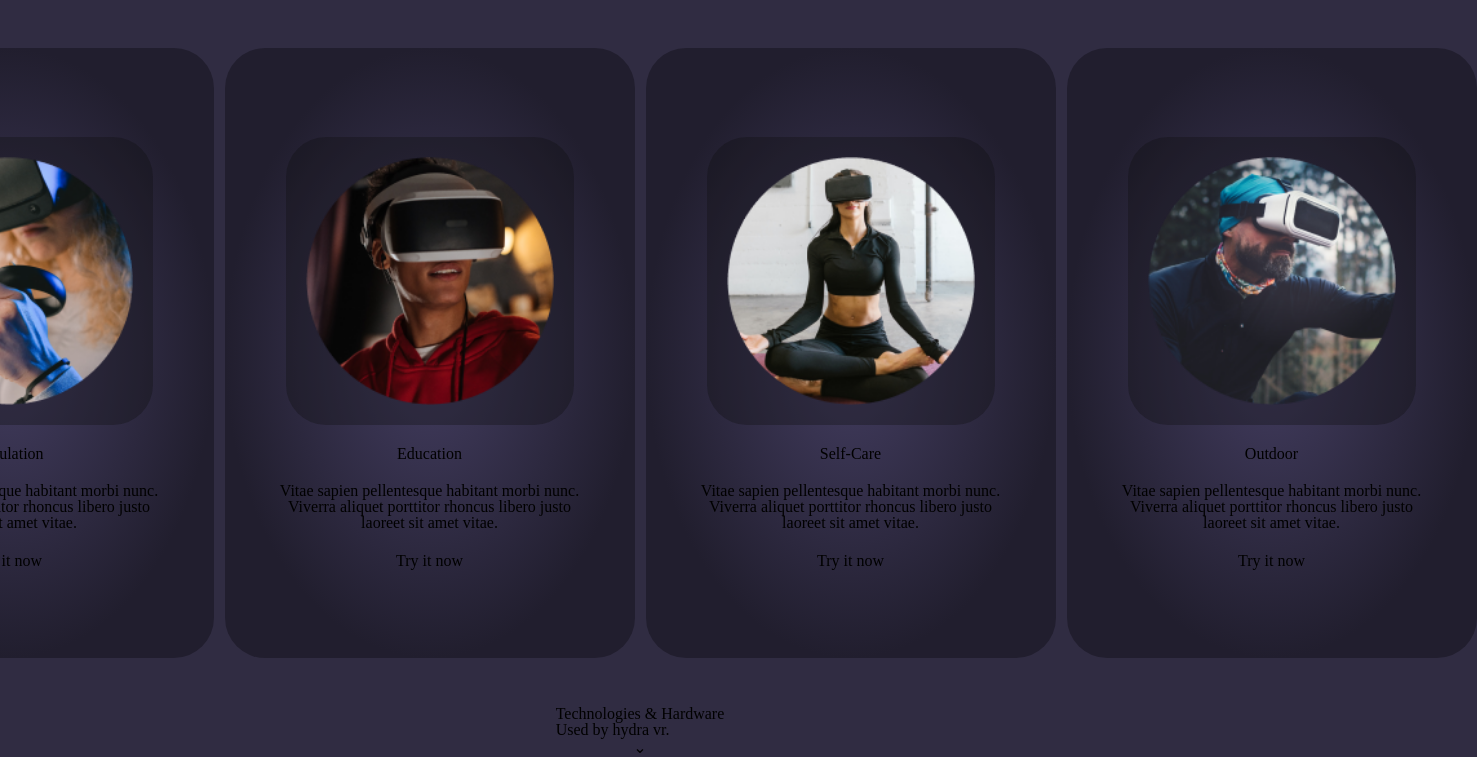
Repository: xMargi/Hydra-LandingPage
Page: index.html
The author's editor kept a copy of each file at every save. The page is drawn from the files as they stood at one save, then again after a run of saves.
The browser window is 1280 px wide. The page is 1477 px wide, so the pictures cover 1477 px, including what lies to the right of the window. The pictures show the whole page.

Above is the page before, as saved 2023-06-07 20:22:23.

### index.html
    <!DOCTYPE html>
    <html lang="pt-br">
    <head>
        <meta charset="UTF-8">
        <meta http-equiv="X-UA-Compatible" content="IE=edge">
        <meta name="viewport" content="width=device-width, initial-scale=1.0">
        <title>Hydra - Landing Page</title>
        <link rel="stylesheet" href="./reset.css">
        <link rel="stylesheet" href="./style.css">
    </head>
    <body>
        <div class="cartoes">
            <div class="cartao">
                <img src="./assets/1.png" alt="Mulher jogando em realidade virtual" class="cartao__img">
                <h1 class="cartao__titulo">Simulation</h1>
                <p class="cartao__paragrafo">Vitae sapien pellentesque habitant morbi
                nunc. Viverra aliquet porttitor rhoncus
                libero justo laoreet sit amet vitae.</p>
                <button class="cartao__button">Try it now</button>
            </div>
            <div class="cartao">
                <img src="./assets/2.png" alt="Homem usando um óculos de realidade virtual" class="cartao__img">
                <h1 class="cartao__titulo">Education</h1>
                <p class="cartao__paragrafo">Vitae sapien pellentesque habitant morbi
                nunc. Viverra aliquet porttitor rhoncus
                libero justo laoreet sit amet vitae.</p>
                <button class="cartao__button">Try it now</button>
            </div>
            <div class="cartao">
                <img src="./assets/3.png" alt="Mulher meditando com óculos de realidade virtual" class="cartao__img">
                <h1 class="cartao__titulo">Self-Care</h1>
                <p class="cartao__paragrafo">Vitae sapien pellentesque habitant morbi
                nunc. Viverra aliquet porttitor rhoncus
                libero justo laoreet sit amet vitae.</p>
                <button class="cartao__button">Try it now</button>
            </div>
            <div class="cartao">
                <img src="./assets/4.png" alt="Homem fazendo exercicíos utilizando um óculos de realidade virtual" class="cartao__img">
                <h1 class="cartao__titulo">Outdoor</h1>
                <p class="cartao__paragrafo">Vitae sapien pellentesque habitant morbi
                nunc. Viverra aliquet porttitor rhoncus
                libero justo laoreet sit amet vitae.</p>
                <button class="cartao__button">Try it now</button>
            </div>
        </div>
        <div class="container__imagem">
            <h1 class="imagem__titulo">Technologies & Hardware</h1>
            <p class="imagem__paragrafo">Used by hydra vr.</p>
        </div>
        <button class="botao__baixo">&#8964</button>
        <script src="./script.js"></script>
    </body>
    </html>

### style.css
@import url('https://fonts.googleapis.com/css2?family=Montserrat:wght@300;400;700&display=swap');

:root{

    --fonte: 'Montserrat', sans-serif;
    --cor-fundo: #302C42;
    --cor-cartao: radial-gradient(50% 50% at 50% 50%, #433D60 0%, #211E2E 100%);
    --cor-button: linear-gradient(90deg, #8176AF 0%, #C0B7E8 100%);
    --cor-branca: #FFFFFF;
    --cor-texto: #343045;
    --cor-sombra: rgba(14, 14, 14, 0.32);

}

body{
    box-sizing: border-box;
    background: var(--cor-fundo);
    display: flex;
    align-items: center;
    flex-direction: column;

}

.cartoes{
    margin:3rem 5.4375rem;
    display: flex;
    gap: 0.6875rem;

}

.cartao{
    background: var(--cor-cartao);
    display: flex;
    flex-direction: column;
    gap: 1.3125rem;
    align-items: center;
    justify-content: center;
    text-align: center;
    padding: 3.125rem;
    border-radius: 40px;
    height: 31.875rem;
    width: 19.375rem;
}

.cartao__img{
    background: var(--cor-sombra);
    border-radius: 40px;
    padding: 20px;
    width: 80%;


}

Loaded but not shown: main/reset.css (common file); script.js (no copy from this time; the picture is the same without it)

After the next 3 saves:
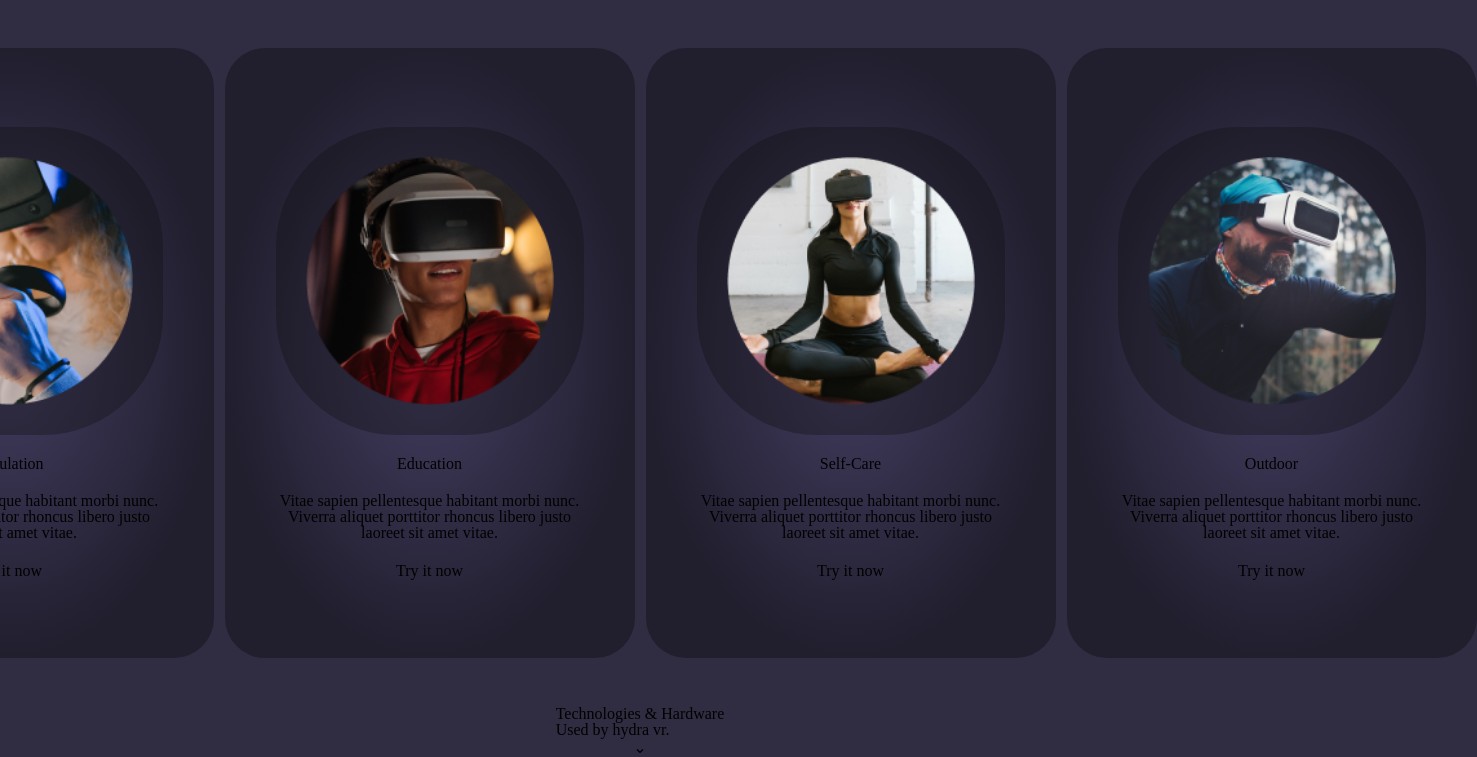
The 3 saves are shown as one change because they came seconds apart.
The last was saved 11 s later.
--- a/style.css
+++ b/style.css
@@ -44,8 +44,8 @@ body{
 
 .cartao__img{
     background: var(--cor-sombra);
-    border-radius: 40px;
-    padding: 20px;
+    border-radius: 120px;
+    padding: 30px;
     width: 80%;
 
 
